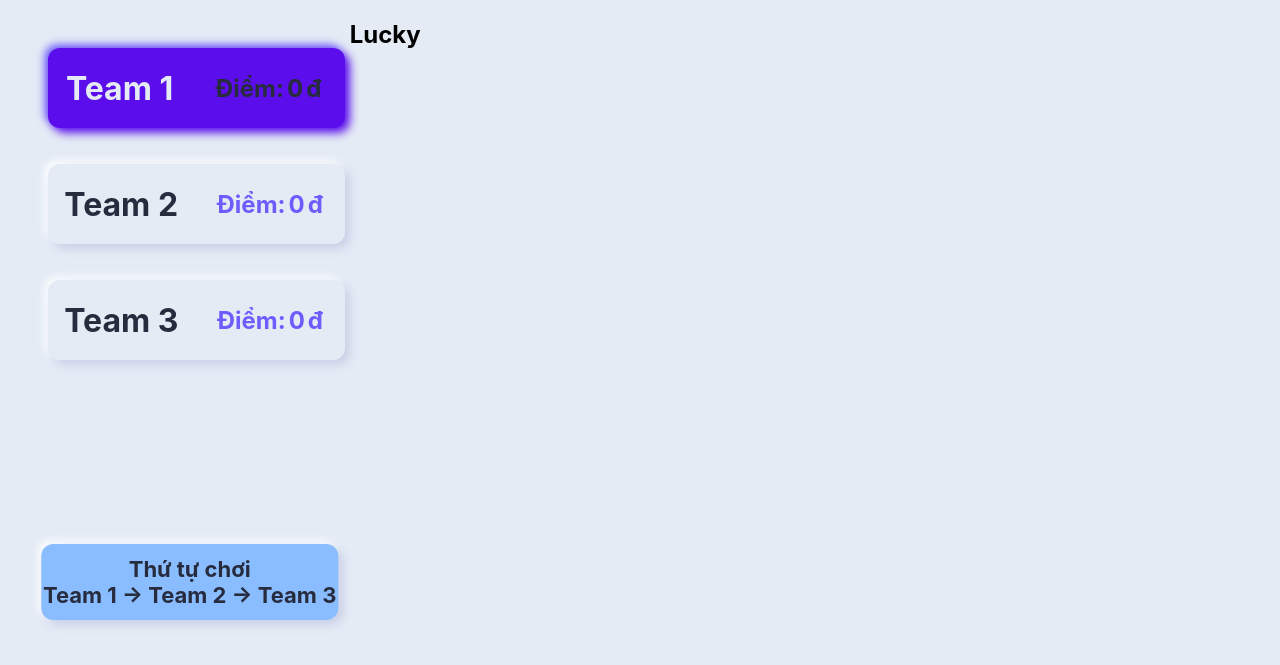
Repository: tinh2044/quzzi_game
Page: /
These files come from the project's save history. The page is drawn as it stood at one moment and after the next save; the edit follows.
The browser window is 1280 px wide. The pictures show the whole page.
The project was rebuilt for these pictures with package versions that can differ from the ones it lists, and the page was loaded fresh each time. Also part of the build but not shown: src/components/Notification.jsx, src/components/AnswerItem.jsx, src/components/Question.jsx, src/components/SortTeam.jsx.

Above is the page before, as saved 2022-12-15 09:40:00.

### src/index.js
import React from 'react';
import ReactDOM from 'react-dom/client';
import './index.css';
import App from './App';
import reportWebVitals from './reportWebVitals';

const root = ReactDOM.createRoot(document.getElementById('root'));
root.render(
  // <React.StrictMode>
  <App />,
  {/* </React.StrictMode> */ }
);

// If you want to start measuring performance in your app, pass a function
// to log results (for example: reportWebVitals(console.log))
// or send to an analytics endpoint. Learn more: https://bit.ly/CRA-vitals
reportWebVitals();

### src/App.css
:root {
    --primary-light: #8abdff;
    --primary: #6d5dfc;
    --primary-dark: #5b0eeb;
    --white: #ffffff;
    --greyLight-1: #e4ebf5;
    --greyLight-2: #c8d0e7;
    --greyLight-3: #bec8e4;
    --greyDark: #9baacf;
    --cl-text: #262c3d;
}
#root {
    height: 100%;
}

body {
    overflow: hidden;
    height: 100vh;
    user-select: none;
}
.App {
    height: 100%;
}
.home {
    position: relative;
    width: 100%;
    height: 100%;
    background: var(--greyLight-1);
    display: flex;
    box-shadow: 0.8rem 0.8rem 1.4rem var(--greyLight-2), -0.2rem -0.2rem 1.8rem var(--white);
}

.team {
    width: 35%;
    height: 100%;
    position: relative;
    padding: 0 12px;
    animation: FadeToLeft 0.8s linear;
}

.team_item {
    position: absolute;
    top: 12px;
    height: 80px;
    width: 85%;
    display: flex;
    align-items: center;
    justify-content: space-around;
    margin: 36px;
    transition: all 0.8s linear;
    border-radius: 12px;
    box-shadow: 0.3rem 0.3rem 0.6rem var(--greyLight-2), -0.2rem -0.2rem 0.5rem var(--white);
    background: #ffffff00;
    color: var(--cl-text);
}
.team_item:nth-child(2) {
    animation-duration: 1.5s;
}
.team_item:nth-child(3) {
    animation-duration: 2.5s;
}
.point {
    display: flex;
    align-items: center;
    color: var(--primary);
    font-weight: bold;
    font-size: 24px;
    margin: 0 3px;
}
.number,
.team_item p {
    margin: 0 3px;
}
.order-team {
    position: absolute;
    left: 50%;
    transform: translateX(-45%);
    bottom: 100px;
    width: 85%;
    padding: 12px 0;
    border-radius: 12px;
    box-shadow: 0.3rem 0.3rem 0.6rem var(--greyLight-2), -0.2rem -0.2rem 0.5rem var(--white);
    background: var(--primary-light);
    font-size: 22px;
    font-weight: bold;
    color: var(--cl-text);
    display: flex;
    flex-direction: column;
    align-items: center;
    justify-content: center;
}
.order-team p {
    margin: 0;
}
.active {
    background: var(--primary-dark);
    color: var(--greyLight-1);
    box-shadow: 0.3rem 0.3rem 0.6rem var(--primary-dark), -0.2rem -0.2rem 0.5rem var(--primary);
}
.active .point,
.active .number {
    color: var(--cl-text);
}
.question {
    width: 50%;
    flex: 1;
    padding: 24px;
}
.question h1 {
    box-shadow: 0.3rem 0.3rem 0.6rem var(--greyLight-2), -0.2rem -0.2rem 0.5rem var(--white);
    border-radius: 12px;
    padding: 4px;
    text-align: center;
    animation: FadeToTop 3s cubic-bezier(0.075, 0.82, 0.165, 1);
}

.answer {
    display: flex;
    flex-wrap: wrap;
    justify-content: space-between;
    padding: 24px;
}
.answer-item {
    width: 40%;
    background: var(--greyLight-3);
    padding: 10px;
    border-radius: 8px;
    transition: background 0.3s linear, opacity 1s ease-out, transform 0.3s linear;
    cursor: pointer;

    box-shadow: 0.3rem 0.3rem 0.6rem var(--greyLight-2), -0.2rem -0.2rem 0.5rem var(--white);
}
.answer-item:hover {
    background: var(--primary-light);
    transform: scale(1.1);
}

.A,
.C {
    animation: FadeToLeft 1s cubic-bezier(0.25, 0.46, 0.45, 0.94);
}

.B,
.D {
    animation: FadeToRight 1s cubic-bezier(0.25, 0.46, 0.45, 0.94);
}
.C,
.D {
    animation-duration: 1.8s;
}

.incorrect {
    background-color: #f44336 !important;
    opacity: 0;
    transition: background 0.3s linear, opacity 1s ease-out, transform 0.8s linear;
    transform: scale(0) !important;
}
.correct {
    background-color: #4caf50 !important;
    transform: scale(1.15);
}
.correct:hover {
    transform: scale(1.15);
}

.note {
    min-height: 36px;
    margin-top: 54px;
    animation: FadeToBottom 4s cubic-bezier(0.075, 0.82, 0.165, 1);
    background: var(--greyLight-1);
    box-shadow: 0.3rem 0.3rem 0.6rem var(--greyLight-2), -0.2rem -0.2rem 0.5rem var(--white);
    padding: 8px;
    border-radius: 12px;
    position: relative;
}

.note p {
    margin: 0;
    font-size: 32px;
    font-weight: bold;
    color: #40485a;
    text-align: center;
}

.overlay {
    width: 100%;
    height: 100%;
    display: flex;
    align-items: center;
    justify-content: center;
}

.sort-team {
    width: 50%;
    height: 40%;
    display: flex;
    flex-direction: column;
    align-items: center;
    background-color: var(--greyLight-1);
    border-radius: 1rem;
    box-shadow: 0.3rem 0.3rem 0.6rem var(--greyLight-2), -0.2rem -0.2rem 0.5rem var(--greyLight-2);
    padding: 12px;
    padding-top: 36px;
    animation: Scale 2s cubic-bezier(0.19, 1, 0.22, 1);
}
.sort-team label {
    width: 80%;
    box-shadow: 0.3rem 0.3rem 0.6rem var(--greyLight-2), -0.2rem -0.2rem 0.5rem var(--greyLight-2);
    padding: 8px;
    font-size: 24px;
    font-weight: bold;
    color: var(--cl-text);
    border-radius: 8px;
    text-align: center;
    cursor: pointer;
}

.sort-team #input {
    height: 42px;
    width: 85%;
    margin: 24px;
    border: none;
    border-radius: 16px;
    font-size: 1.3rem;
    padding-left: 12px;
    box-shadow: inset 0.2rem 0.2rem 0.5rem var(--greyLight-2), inset -0.2rem -0.2rem 0.5rem var(--white);
    color: var(--greyDark);
}
input:focus {
    border: none;
    outline: none;
}

.button-submit {
    width: 35%;
    display: flex;
    align-items: center;
    justify-content: center;
    border-radius: 1rem;
    font-size: 1.5rem;
    padding: 8px 4px;
    color: var(--cl-text);
    font-weight: bold;
    box-shadow: 0.3rem 0.3rem 0.6rem var(--greyLight-2), -0.2rem -0.2rem 0.5rem var(--greyLight-2);
    transition: all 0.3s cubic-bezier(0.47, 0, 0.745, 0.715);
    cursor: pointer;
}
.button-submit:hover {
    transform: scale(1.2);
    box-shadow: 0.3rem 0.3rem 0.6rem var(--greyDark), -0.2rem -0.2rem 0.5rem var(--greyDark);
}
@keyframes FadeToTop {
    0% {
        transform: translateY(-42px);
        opacity: 0;
    }
    100% {
        transform: translateY(0px);
        opacity: 1;
    }
}
@keyframes FadeToBottom {
    0% {
        transform: translateY(100px);
        opacity: 0;
    }
    100% {
        transform: translateY(0px);
        opacity: 1;
    }
}
@keyframes FadeToLeft {
    0% {
        transform: translateX(-100px);
        opacity: 0;
    }
    100% {
        transform: translateY(0px);
        opacity: 1;
    }
}
@keyframes FadeToRight {
    0% {
        transform: translateX(100px);
        opacity: 0;
    }
    100% {
        transform: translateY(0px);
        opacity: 1;
    }
}
@keyframes Scale {
    0% {
        transform: scale(0.3);
        opacity: 0;
    }
    100% {
        transform: scale(1);
        opacity: 1;
    }
}
.lucky {
    width: 100%;
}
.main-lucky {
    width: 100%;
    display: flex;
    align-items: center;
    justify-content: space-between;
}

### src/components/Home.jsx
import React, { useCallback, useLayoutEffect, useState } from 'react'

import Question from './Question'
import Team from './Team'
import SortTeam from './SortTeam'

import listQuestion from '../data'
import { listTeam } from '../data'
import LuckyWheel from './LuckyWheel'

import "../App.css"
function Home() {
  const [newListTeam, setNewListTeam] = useState(listTeam)
  const [activeTeam, setActiveTeam] = useState(1);
  const [crrQuestion, setCrrQuestion] = useState(listQuestion[0])
  const [correct, setCorrect] = useState(false)
  const [showTeam, setShowTeam] = useState(true)
  const [showWheel, setShowWheel] = useState(true)
  const handleNextQuestion = useCallback((e) => {

    if (e.keyCode === 13 && correct) {
      setActiveTeam((prev) => prev < 3 ? prev + 1 : 1)
      setCorrect(false)
      setCrrQuestion((prev) => {
        const crrIndex = listQuestion.indexOf(prev)
        if (crrIndex < listQuestion.length - 1) {
          return listQuestion[crrIndex + 1]
        }
        else return listQuestion[0]
      })
    }
  }, [correct])


  useLayoutEffect(() => {
    window.addEventListener("keyup", handleNextQuestion)

  }, [handleNextQuestion])

  return (
    <div className="home">
      {
        showTeam ? <Team listTeam={newListTeam} activeTeam={activeTeam} correct={correct} />
          : <SortTeam setShowTeam={setShowTeam} setTeam={setNewListTeam} team={newListTeam} />
      }
      {
        showWheel ? <LuckyWheel />
          : <Question
            question={crrQuestion}
            setQuestion={setCrrQuestion}
            lengthListQuestion={listQuestion.length}
            setActiveTeam={setActiveTeam}
            setNewListTeam={setNewListTeam}
            activeTeam={activeTeam}
            setCorrect={setCorrect}
            correct={correct}
            listTeam={newListTeam}
            showTeam={showTeam}
          />
      }




    </div>
  )
}

export default Home

### src/components/Team.jsx
import React from 'react'


import "../App.css"
import TeamItem from './TeamItem'

function Team({ listTeam, activeTeam, correct }) {
  const orderTeam = listTeam.map(item => item.name).join(" -> ")

  return (
    <div className='team'>
      {listTeam.map(item => (
        <TeamItem key={item.id} team={item} activeTeam={activeTeam} correct={correct} />
      ))}
      <div className='order-team'>
        <p >Thứ tự chơi</p>
        {orderTeam}
      </div>
    </div>
  )
}

export default Team

### src/data/index.js
const listQuestion = [
    {
        id: 1,
        nameQuestion: 'Ứng với công thức C4H8O2 có bao nhiêu este là đồng phân của nhau ?',
        answer: {
            A: "2",
            B: "3",
            C: "4",
            D: "5"
        },
        correct: "C",
    },
    {
        id: 2,
        nameQuestion: 'Este có mùi dứa là?',
        answer: {
            A: "isoamyl axetat",
            B: "etyl butirat",
            C: "etyl axetat",
            D: "geranyl axctat"
        },
        correct: "B",
    },
    {
        id: 3,
        nameQuestion: 'Este nào sau đây khi phản ứng với dung dịch NaOH dư, đun nóng không tạo ra hai muối?',
        answer: {
            A: "C6H5COOC6H5 (phenyl benzoat)",
            B: "CH3COO-[CH2]2-OOCCH2CH3",
            C: "CH3OOC-COOCH",
            D: "CH3COOC6H5 (phenyl axetat)"
        },
        correct: "C",
    },
    {
        id: 4,
        nameQuestion: 'Đun nóng este HCOOCH3 với một lượng vừa đủ dung dịch NaOH, sản phẩm thu được là?',
        answer: {
            A: "CH3COONa và C2H5OH",
            B: "HCOONa và CH3OH",
            C: "HCOONa và C2H5OH",
            D: "CH3COONa và CH3OH"
        },
        correct: "B",
    },
    {
        id: 5,
        nameQuestion: 'Este X chứa vòng benzen có công thức phân từ là C8H8C2. số công thức cấu tạo của X là ',
        answer: {
            A: "3",
            B: "4",
            C: "5",
            D: "6"
        },
        correct: "D",
    },
    {
        id: 6,
        nameQuestion: 'Xà phòng hoá chất nào sau đây thu được glixerol?',
        answer: {
            A: "tristearin",
            B: "metyl axetat",
            C: "metyl fomat",
            D: "benzyl axetat"
        },
        correct: "A",
    },
    {
        id: 7,
        nameQuestion: 'Chất nào sau đây có phân tử khối lớn nhất ?',
        answer: {
            A: "triolein ",
            B: "tripanmitin ",
            C: " tristearin",
            D: "trilinolein"
        },
        correct: "B",
    },
    {
        id: 8,
        nameQuestion: 'Nước ta nằm ở vị trí: ?',
        answer: {
            A: "rìa phía Đông của bán đảo Đông Dương ",
            B: "rìa phía Tây của bán đảo Đông Dương ",
            C: "trung tâm châu Á",
            D: "phía đông Đông Nam Á"
        },
        correct: "A",
    }, {
        id: 9,
        nameQuestion: 'Nằm ở rìa phía Đông của bán đảo Đông Dương là nước: ?',
        answer: {
            A: "Lào ",
            B: "Campuchia ",
            C: "Việt Nam",
            D: "Mi-an-ma"
        },
        correct: "C",
    }, {
        id: 10,
        nameQuestion: 'Điểm cực Bắc của nước ta là xã Lũng Cú thuộc tỉnh: ?',
        answer: {
            A: "Cao Bằng ",
            B: " Hà Giang ",
            C: "Yên Bái",
            D: "Lạng Sơn"
        },
        correct: "B",
    }, {
        id: 11,
        nameQuestion: 'Điểm cực Đông của nước ta là xã Vạn Thạnh thuộc tỉnh: ?',
        answer: {
            A: " Ninh Thuận ",
            B: " Khánh Hòa ",
            C: " Đà Nẵng",
            D: "Phú Yên"
        },
        correct: "B",
    }, {
        id: 12,
        nameQuestion: 'Ở tỉnh Khánh Hòa có một đặc điểm tự nhiên rất đặc biệt là: ?',
        answer: {
            A: "Là tỉnh duy nhất có nhiều đảo ",
            B: "Là tỉnh có điểm cực Đông nước ta ",
            C: "Là tỉnh có nhiều hải sản nhất",
            D: "Là tỉnh có nhiều than nhất"
        },
        correct: "B",
    },
    {
        id: 13,
        nameQuestion: 'Đặc điểm nào sau đây không đúng với lãnh thổ nước ta ?',
        answer: {
            A: "Nằm hoàn toàn trong vùng nhiệt đới nửa cầu Bắc ",
            B: "Nằm trọn trong múi giờ số 8 ",
            C: "Nằm trong vùng có khí hậu nhiệt đới ẩm gió mùa",
            D: "Nằm trong vùng chịu ảnh hưởng của gió Mậu dịch "
        },
        correct: "B",
    },

]

export const listTeam = [{
    name: "Team 1",
    points: 0,
    rank: 1,
    id: 1,
}, {
    name: "Team 2",
    points: 0,
    rank: 2,
    id: 2,
}, {
    name: "Team 3",
    points: 0,
    rank: 3,
    id: 3,
}]
export const listPoints = [10, 5, 20, -5, 15, 10, 5, 20, -5, 15, 10, 5, 20, -5, 15, 10, 5, 20, -5, 15, 10, 5, 20, -5, 15, 10, 5, 20, -5, 15, 10, 5, 20, -5, 15, 10, 5, 20, -5, 15]


export default listQuestion

### src/components/LuckyWheel.jsx
import React from 'react'


const listChar = ["A", "B", "C", "D", "E", "F", "G", "H", "I", "J", "K", "L", "M", "N", "O", "P", "Q", "R", "S", "T", "U", "V", "X", "Y", "W"]
function LuckyWheel() {

    console.log(listChar.length)


    return (
        <div className='lucky'>
            <h2>Lucky</h2>

            <div className='main-lucky'>
                <div className='item-lucky A'></div>
                <div className='item-lucky B'></div>
                <div className='item-lucky C'></div>
                <div className='item-lucky D'></div>
            </div>
        </div>
    )
}

export default LuckyWheel

### src/components/TeamItem.jsx
import React, { useEffect, useState } from 'react'
import CountUp from "react-countup"

function TeamItem({ team, activeTeam, correct }) {
    const [showTeam, setShowTeam] = useState(false)
    const [crrPoint, setCrrPoint] = useState(0)
    useEffect(() => {
        setTimeout(() => {
            setShowTeam(true)
        }, 300 * team.id);
    }, [team])
    return (
        <div key={team.id} className={`team_item ${team.id === activeTeam ? "active" : ""}`} style={{ transform: `translate(${!showTeam ? -500 : 0}px,${116 * (team.rank - 1)}px)` }}>
            <h1>{team.name}</h1>
            <div className='point'>
                <p>Điểm: </p>
                {
                    crrPoint !== team.points ? <CountUp separator='' className='number' end={team.points} start={crrPoint} duration={1.5} onEnd={() => setCrrPoint(team.points)} />
                        : crrPoint
                }
                <p>đ</p>
            </div>
        </div>
    )
}

export default TeamItem

Loaded but not shown: public/index.html (common file); src/index.css (common file); src/App.js (common file); src/reportWebVitals.js (common file)

After the next save:
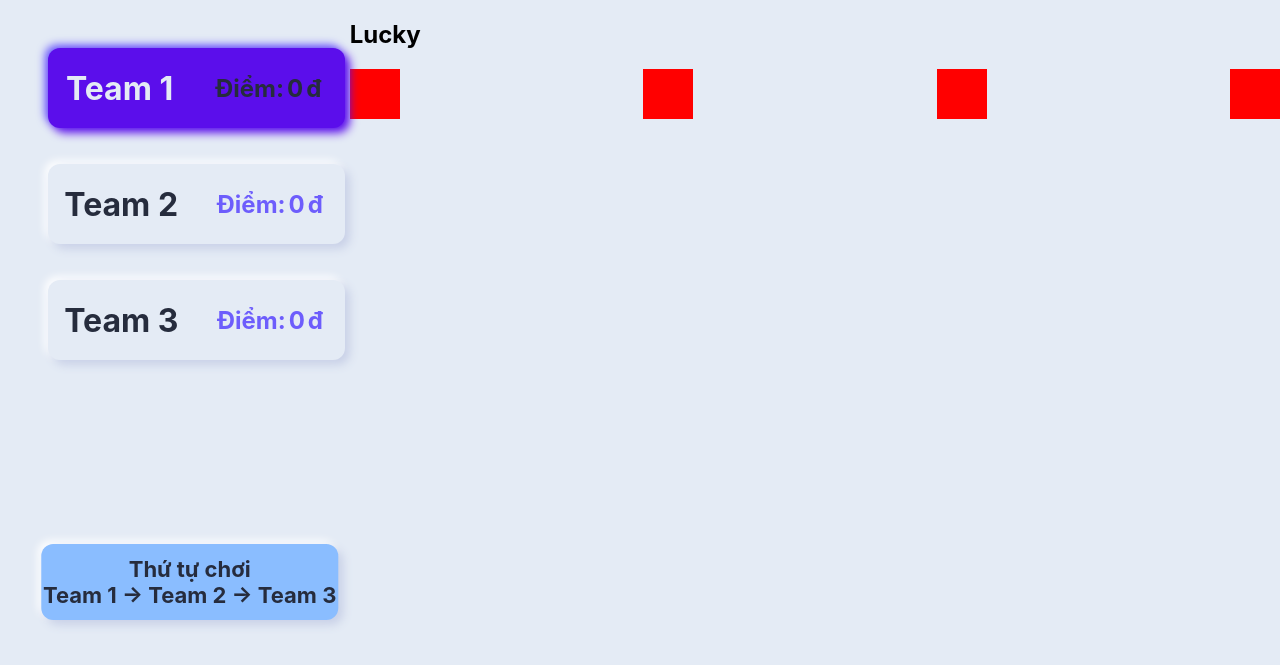
Saved 94 s later.
--- a/src/App.css
+++ b/src/App.css
@@ -308,3 +308,8 @@ input:focus {
     align-items: center;
     justify-content: space-between;
 }
+.item-lucky {
+    width: 50px;
+    height: 50px;
+    background-color: red;
+}
